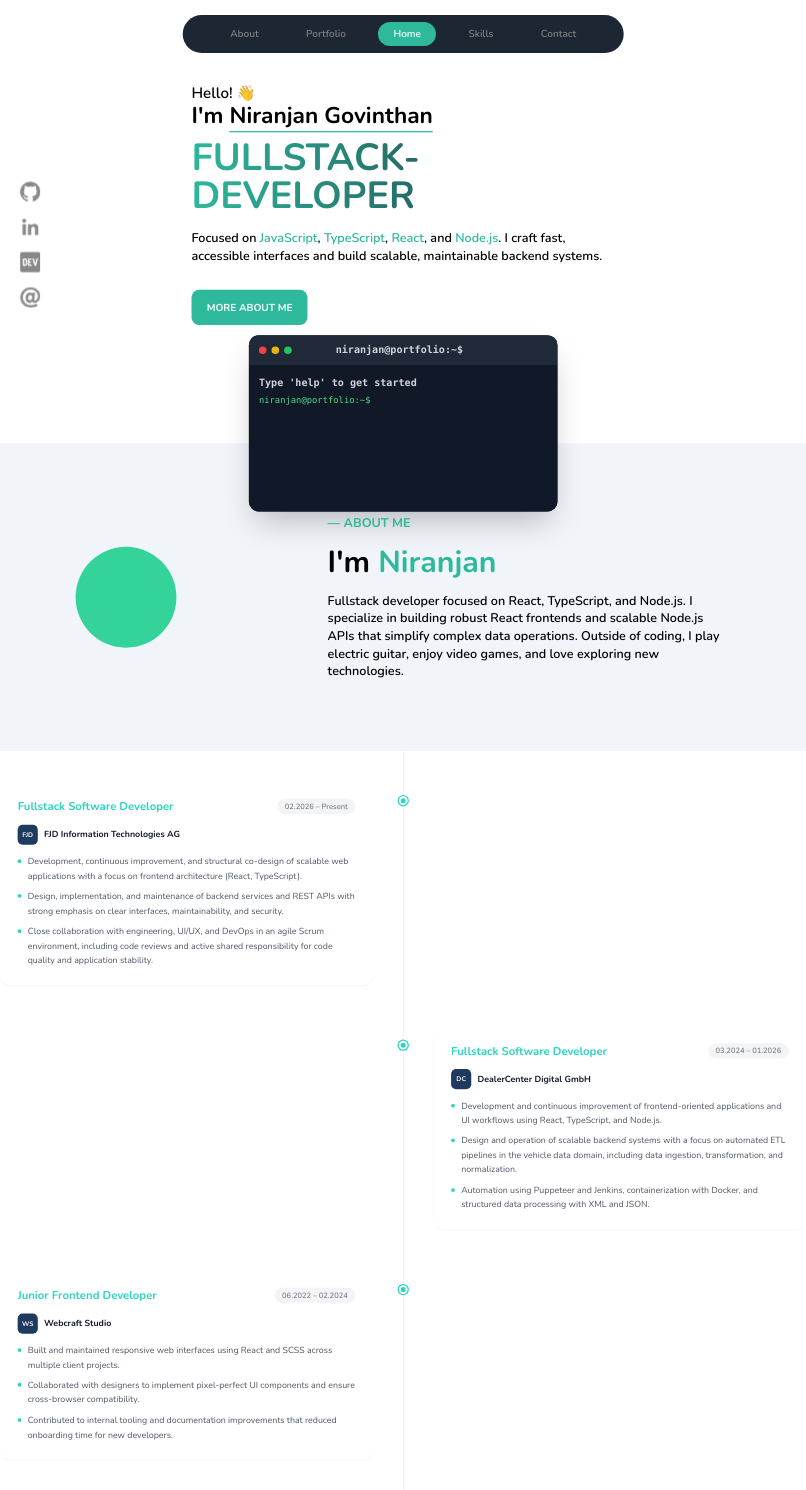
Repository: Niranjan-webdev/My-portfolio
Page: /
The author's editor kept a copy of each file at every save. The page is drawn from the files as they stood at one save, then again after the next save.
The browser window is 1280 px wide. The pictures show the whole page, at 63% of full size.
The project was rebuilt for these pictures with package versions that can differ from the ones it lists, and the page was loaded fresh each time. Also part of the build but not shown: next.config.mjs.

Above is the page before, as saved 2026-03-21 10:56:00.

### src/index.css

body {

  margin: 0;
  font-family: "Nunito", sans-serif;
  -webkit-font-smoothing: antialiased;
  -moz-osx-font-smoothing: grayscale;
}

code {
  font-family: source-code-pro, Menlo, Monaco, Consolas, 'Courier New',
    monospace;
}

### src/App.js
import logo from './logo.svg';
import './App.css';
import { RiHeartFill } from '@remixicon/react'
import { Topnavbar, MainContainer } from './components';
// import Topnavbar from './components/Topnavbar';

function App() {
  return (
   <>
    <Topnavbar/>
    <MainContainer/>
   </>
  );
}

export default App;

### src/App.css
@import url('https://fonts.googleapis.com/css2?family=Fira+Code:wght@300..700&family=Nunito:ital,wght@0,200..1000;1,200..1000&display=swap');

@tailwind base;
@tailwind components;
@tailwind utilities;


.topbar__wrapper{
    @apply w-full flex justify-center
}
.topbar__content{
    @apply  py-2 bg-[#1d2734] mt-6 px-6 py-[18px] rounded-[30px] w-[700px]
}
.topbar__content ul {
   @apply flex justify-evenly
}
.topbar__content ul li{

}
.topbar__content ul li a{
    @apply  font-semibold py-2 px-6 rounded-full
}
/* .topbar__content ul li a:hover{
    @apply  text-lg
} */
.socialmedia__bar a img{
    @apply opacity-50
}
/* .burgerMenu span{
    @apply
} */

### src/components/index.js
export {default as Topnavbar} from "./Topnavbar"
export {default as MainContainer} from "./MainContainer"
export {default as Terminal} from "./terminal"
export {default as Timeline} from "./timeLine"
export {default as TimelineCard} from "./TimelineCard"

export {default as github} from "../assets/github-logo-dark.png"
export {default as linkedIn} from "../assets/linkedin-logo-dark.png"
export {default as DevTo} from "../assets/devto-logo-light.png"
export {default as mail} from "../assets/mail-logo-dark.5ab6061889d3fa3a24ef.png"

### src/components/Topnavbar.js
import { useState } from 'react'
import React from 'react'
import logo from '../assets/logo.svg'

function Topnavbar() {
    const [activeTab, setActiveTab] = useState('Home')
    const [isMenuOpen, setIsMenuOpen] = useState(false)

    const navItems = ['About', 'Portfolio', 'Home', 'Skills', 'Contact']

    const handleTabClick = (tabName) => {
        setActiveTab(tabName)
        console.log('Active tab changed to:', tabName)
    }
    const handleModal = () => {
        setIsMenuOpen(!isMenuOpen)
    }
    return (
        <>
            <div className='topbar__wrapper'>
                <nav className='topbar__content'>
                    <ul className=''>
                        {navItems.map((item) => (
                            <li key={item}>
                                <a
                                    onClick={() => handleTabClick(item)}
                                    className={`cursor-pointer transition-colors duration-200 ${activeTab === item
                                            ? 'bg-[#2eb89c] text-white font-semibold px-4 py-2 rounded'
                                            : 'text-[#808080] hover:text-[#2eb89c] px-4 py-2'
                                        }`}
                                >
                                    {item}
                                </a>
                            </li>
                        ))}
                    </ul>
                </nav>
            </div>
           {/* <div className='responsive__topbar fixed bg-white z-50'>
                <button className='burgerMenu fixed right-10 top-10 flex flex-col gap-[3px]'
                onClick={handleModal}>
                    <span className={`px-[12px] py-[2px] bg-black w-full rounded transition-transform duration-300
                      ${  isMenuOpen? 'rotate-45 translate-y-1.5' : ''
                    }`}
                   ></span>
                    <span className={`px-[12px] py-[2px] bg-black w-full rounded
                         ${  isMenuOpen? 'opacity-0' : ''
                }`}></span>
                    <span className={`px-[12px] py-[2px] bg-black w-full rounded transition-transform duration-300
                      ${  isMenuOpen? '-rotate-45 -translate-y-1.5' : ''
                    }`}></span>
                </button>
                <ul className={`responsive__content h-screen w-screen flex flex-col items-center justify-evenly
                ${isMenuOpen ? 'h-screen opacity-100' : 'max-h-0 opacity-0'}`}>
                {navItems.map((item) => (
                            <li key={item}>
                                <a
                                    onClick={() => handleTabClick(item)}
                                    className={"text-2xl font-bold"}>
                                    {item}
                                </a>
                            </li>
                        ))}
                </ul>
            </div>  */}
        </>
    )
}

export default Topnavbar

### src/components/MainContainer.js
import React from 'react'
import hero from '../assets/hero.png'
import logoOutline from '../assets/logo-outline.svg'
import dotcircles from '../assets/dotcircles.svg'
import { Terminal, github, linkedIn, mail, DevTo } from "./index"
import TimeLine from './timeLine'
// import OwlCarousel from 'react-owl-carousel';
// import 'owl.carousel/dist/assets/owl.carousel.css';
// import 'owl.carousel/dist/assets/owl.theme.default.css';

function MainContainer() {
    return (
        <>
            {/* Hero Banner start */}
            <section className='w-full'>
                {/* Social media bar */}
                <div className='socialmedia__bar ml-[2rem] fixed top-[40%] flex md:flex-col flex-col gap-6 w-[32px]'>
                    <a><img src={github} /></a>
                    <a><img src={linkedIn} /></a>
                    <a><img src={DevTo} /></a>
                    <a><img src={mail} /></a>
                </div>
                {/* Social media bar */}
                <div className='hero__banner h-[calc(100vh-100px)] flex items-center justify-around px-[5rem] py-[3rem] md:flex flex-wrap gap-4'>
                    <div className='banner__content w-3/5'>
                        <h4 className='text-2xl font-semibold'>Hello! 👋</h4>
                        <h2 className='text-4xl mb-4 font-bold'>I'm <span className='border-b-2 border-[#2eb89c]'>Niranjan Govinthan</span></h2>
                        <h1 className='text-6xl mb-6 font-bold bg-gradient-to-r from-[#2eb89c] to-[#1d2734] text-transparent bg-clip-text'>FULLSTACK-DEVELOPER</h1>
                        <p className='text-xl mb-10 font-semibold'>Focused on <span className='text-[#2eb89c]'>JavaScript</span>, <span className='text-[#2eb89c]'>TypeScript</span>, <span className='text-[#2eb89c]'>React</span>, and <span className='text-[#2eb89c]'>Node.js</span>. I craft fast, accessible interfaces and build scalable, maintainable backend systems.</p>
                        <button className='py-4 px-6 bg-[#2eb89c] hover:bg-[#79cdb9] rounded-[12px] text-white text-base font-bold'>MORE ABOUT ME</button>
                    </div>
                    <Terminal />
                </div>
            </section>
            {/* Hero Banner end */}

            {/* About me */}
            <section className=' about__me flex bg-[#f1f5f9]'>
                <div className='about__container w-full py-[7rem] flex items-center justify-around'>
                    <div className='profile'>
                        <div className='p-20 rounded-full bg-emerald-400'></div>
                    </div>
                    <div className='about__content w-1/2'>
                        <h4 className='text-xl font-bold text-[#2eb89c] mb-6'>— ABOUT ME</h4>
                        <h2 className='text-5xl text-[#2eb89c] mb-6 font-bold'><span className='text-black'>I'm</span> Niranjan</h2>
                        <p className='text-xl font-[600]'>Fullstack developer focused on React, TypeScript, and Node.js. I specialize in building robust React frontends and scalable Node.js APIs that simplify complex data operations. Outside of coding, I play electric guitar, enjoy video games, and love exploring new technologies.</p>
                    </div>
                </div>

            </section>
            <TimeLine/>
            {/* About me */}
        </>
    )
}

export default MainContainer

### src/components/terminal.js
import React, { useState, useEffect, useRef } from 'react';

const Terminal = () => {
  const [input, setInput] = useState('');
  const [history, setHistory] = useState([
    { type: 'output', content: "Type 'help' to get started" }
  ]);
  const [currentPath, setCurrentPath] = useState('~');
  const [commandHistory, setCommandHistory] = useState([]);
  const [historyIndex, setHistoryIndex] = useState(-1);
  const inputRef = useRef(null);
  const terminalRef = useRef(null);

  // Sample file system structure
  const fileSystem = {
    '~': {
      type: 'directory',
      contents: {
        'projects': {
          type: 'directory',
          contents: {
            'portfolio': { type: 'directory', contents: {} },
            'blog': { type: 'directory', contents: {} },
            'README.md': { type: 'file', content: 'Welcome to my projects!' }
          }
        },
        'documents': {
          type: 'directory',
          contents: {
            'resume.pdf': { type: 'file', content: 'Resume file' },
            'notes.txt': { type: 'file', content: 'Personal notes' }
          }
        },
        'about.txt': { type: 'file', content: 'Full-stack developer passionate about creating amazing web experiences.' }
      }
    }
  };

  // Available commands
  const commands = {
    help: () => [
      'Available commands:',
      '  help     - Show this help message',
      '  clear    - Clear the terminal',
      '  ls       - List directory contents',
      '  cd       - Change directory',
      '  cat      - Display file contents',
      '  pwd      - Show current directory',
      '  whoami   - Display user information',
      '  date     - Show current date',
      '  echo     - Display text',
      '  about    - About me',
      '  skills   - My technical skills',
      '  contact  - Contact information'
    ],
    clear: () => {
      setHistory([]);
      return [];
    },
    ls: () => {
      const currentDir = getCurrentDirectory();
      if (currentDir && currentDir.contents) {
        return Object.keys(currentDir.contents).map(item => {
          const itemObj = currentDir.contents[item];
          return itemObj.type === 'directory' ? `📁 ${item}/` : `📄 ${item}`;
        });
      }
      return ['Directory not found'];
    },
    pwd: () => [currentPath],
    whoami: () => ['niranjan-dev'],
    date: () => [new Date().toString()],
    about: () => [
      'Hi! I\'m Niranjan, a Full-stack Developer',
      'Focused on JavaScript, Svelte, React, and Node.js',
      'I craft fast, accessible interfaces and build scalable,',
      'maintainable backend systems.',
      '',
      'Currently exploring new technologies and building',
      'innovative web solutions.'
    ],
    skills: () => [
      'Technical Skills:',
      '• Frontend: Svelte, React, TypeScript, JavaScript, HTML5, CSS3',
      '• Backend: Node.js, Express',
      '• Database: MongoDB',
      '• Tools: Git, Linux',
    ],
    contact: () => [
      'Get in touch:',
      '• Email: niranjan.g2k@gmail.com',
      '• GitHub: github.com/niranjanUidev',
      '• LinkedIn: linkedin.com/in/niranjan-dev',
      '• Website: niranjan-dev.de'
    ]
  };

  const getCurrentDirectory = () => {
    const pathParts = currentPath.split('/').filter(part => part !== '');
    let current = fileSystem['~'];

    for (const part of pathParts) {
      if (part === '~') continue;
      if (current.contents && current.contents[part]) {
        current = current.contents[part];
      } else {
        return null;
      }
    }
    return current;
  };

  const processCommand = (cmd) => {
    const trimmedCmd = cmd.trim();
    if (!trimmedCmd) return;

    const [command, ...args] = trimmedCmd.split(' ');

    // Add to command history
    setCommandHistory(prev => [...prev, trimmedCmd]);
    setHistoryIndex(-1);

    // Add command to history display
    setHistory(prev => [...prev, { type: 'command', content: `> ${trimmedCmd}` }]);

    if (commands[command]) {
      const result = commands[command](args);
      if (result.length > 0) {
        setHistory(prev => [...prev, { type: 'output', content: result }]);
      }
    } else if (command === 'echo') {
      setHistory(prev => [...prev, { type: 'output', content: [args.join(' ')] }]);
    } else if (command === 'cat') {
      const filename = args[0];
      const currentDir = getCurrentDirectory();
      if (currentDir && currentDir.contents && currentDir.contents[filename]) {
        const file = currentDir.contents[filename];
        if (file.type === 'file') {
          setHistory(prev => [...prev, { type: 'output', content: [file.content] }]);
        } else {
          setHistory(prev => [...prev, { type: 'output', content: [`cat: ${filename}: Is a directory`] }]);
        }
      } else {
        setHistory(prev => [...prev, { type: 'output', content: [`cat: ${filename}: No such file or directory`] }]);
      }
    } else if (command === 'cd') {
      const dir = args[0] || '~';
      if (dir === '~') {
        setCurrentPath('~');
      } else if (dir === '..') {
        const pathParts = currentPath.split('/').filter(part => part !== '');
        pathParts.pop();
        setCurrentPath(pathParts.length > 0 ? pathParts.join('/') : '~');
      } else {
        const currentDir = getCurrentDirectory();
        if (currentDir && currentDir.contents && currentDir.contents[dir] && currentDir.contents[dir].type === 'directory') {
          setCurrentPath(currentPath === '~' ? dir : `${currentPath}/${dir}`);
        } else {
          setHistory(prev => [...prev, { type: 'output', content: [`cd: ${dir}: No such file or directory`] }]);
        }
      }
    } else {
      setHistory(prev => [...prev, { type: 'output', content: [`Command not found: ${command}. Type 'help' for available commands.`] }]);
    }
  };

  const handleKeyDown = (e) => {
    if (e.key === 'Enter') {
      e.preventDefault();
      processCommand(input);
      setInput('');
    } else if (e.key === 'ArrowUp') {
      e.preventDefault();
      if (commandHistory.length > 0) {
        const newIndex = historyIndex === -1 ? commandHistory.length - 1 : Math.max(0, historyIndex - 1);
        setHistoryIndex(newIndex);
        setInput(commandHistory[newIndex]);
      }
    } else if (e.key === 'ArrowDown') {
      e.preventDefault();
      if (historyIndex !== -1) {
        const newIndex = historyIndex + 1;
        if (newIndex >= commandHistory.length) {
          setHistoryIndex(-1);
          setInput('');
        } else {
          setHistoryIndex(newIndex);
          setInput(commandHistory[newIndex]);
        }
      }
    }
  };

  const handleTerminalClick = () => {
    inputRef.current?.focus();
  };

  useEffect(() => {
    if (terminalRef.current) {
      terminalRef.current.scrollTop = terminalRef.current.scrollHeight;
    }
  }, [history]);

  useEffect(() => {
    inputRef.current?.focus();
  }, []);

  return (
    <div className="w-full max-w-[490px] max-h-[280px] bg-gray-900 rounded-[16px] shadow-2xl overflow-hidden">
      {/* Terminal Header */}
      <div className="bg-gray-800 px-4 py-3 flex items-center justify-between">
        <div className="flex items-center space-x-2">
          <div className="w-3 h-3 bg-red-500 rounded-full"></div>
          <div className="w-3 h-3 bg-yellow-500 rounded-full"></div>
          <div className="w-3 h-3 bg-green-500 rounded-full"></div>
        </div>
        <div className="text-gray-300 text-base font-bold font-mono">
          niranjan@portfolio:~$
        </div>
        <div className="w-16"></div>
      </div>

      {/* Terminal Content */}
      <div
        ref={terminalRef}
        className="bg-gray-900 text-green-400 font-mono text-sm p-4 h-96 cursor-text overflow-y-auto"
        onClick={handleTerminalClick}
      >
        {history.map((item, index) => (
          <div key={index} className="mb-1">
            {item.type === 'command' ? (
              <div className="text-green-500 text-base font-bold">{item.content}</div>
            ) : (
              <div className="text-gray-300 text-base font-bold">
                {Array.isArray(item.content) ? (
                  item.content.map((line, lineIndex) => (
                    <div key={lineIndex}>{line}</div>
                  ))
                ) : (
                  <div>{item.content}</div>
                )}
              </div>
            )}
          </div>
        ))}

        {/* Input Line */}
        <div className="flex items-center">
          <span className="text-green-400 mr-2">
            niranjan@portfolio:{currentPath}$
          </span>
          <input
            ref={inputRef}
            type="text"
            value={input}
            onChange={(e) => setInput(e.target.value)}
            onKeyDown={handleKeyDown}
            className="flex-1 bg-transparent text-green-400 outline-none font-mono"
            autoComplete="off"
            spellCheck="false"
          />
          {/* <span className="text-green-400 animate-pulse">█</span> */}
        </div>
      </div>
    </div>
  );
};

export default Terminal;

### src/components/timeLine.js
import React from 'react';
import TimelineCard from './TimelineCard';

const timelineData = [
  {
    date: '02.2026 – Present',
    title: 'Fullstack Software Developer',
    company: 'FJD Information Technologies AG',
    companyInitials: 'FJD',
    bullets: [
      'Development, continuous improvement, and structural co-design of scalable web applications with a focus on frontend architecture (React, TypeScript).',
      'Design, implementation, and maintenance of backend services and REST APIs with strong emphasis on clear interfaces, maintainability, and security.',
      'Close collaboration with engineering, UI/UX, and DevOps in an agile Scrum environment, including code reviews and active shared responsibility for code quality and application stability.',
    ],
    side: 'left',
  },
  {
    date: '03.2024 – 01.2026',
    title: 'Fullstack Software Developer',
    company: 'DealerCenter Digital GmbH',
    companyInitials: 'DC',
    bullets: [
      'Development and continuous improvement of frontend-oriented applications and UI workflows using React, TypeScript, and Node.js.',
      'Design and operation of scalable backend systems with a focus on automated ETL pipelines in the vehicle data domain, including data ingestion, transformation, and normalization.',
      'Automation using Puppeteer and Jenkins, containerization with Docker, and structured data processing with XML and JSON.',
    ],
    side: 'right',
  },
  {
    date: '06.2022 – 02.2024',
    title: 'Junior Frontend Developer',
    company: 'Webcraft Studio',
    companyInitials: 'WS',
    bullets: [
      'Built and maintained responsive web interfaces using React and SCSS across multiple client projects.',
      'Collaborated with designers to implement pixel-perfect UI components and ensure cross-browser compatibility.',
      'Contributed to internal tooling and documentation improvements that reduced onboarding time for new developers.',
    ],
    side: 'left',
  },
];

function TimeLine() {
  return (
    <div className="relative w-full py-12">
      {/* Central vertical line */}
      <div className="absolute left-1/2 top-0 bottom-0 w-px bg-gray-200 -translate-x-1/2" />

      <div className="flex flex-col gap-16 relative">
        {timelineData.map((item, i) => (
          <TimelineCard key={i} item={item} />
        ))}
      </div>
    </div>
  );
}

export default TimeLine;

### src/components/TimelineCard.js
import React from 'react';

function TimelineCard({ item }) {
    const isLeft = item.side === 'left';

    const Card = (
      <div className="bg-white rounded-2xl p-7 shadow-sm hover:shadow-md transition-shadow duration-200">
        {/* Header: title + date badge */}
        <div className="flex items-start justify-between gap-3 flex-wrap mb-4">
          <h3 className="text-[#2dd4bf] font-bold text-lg leading-snug m-0">
            {item.title}
          </h3>
          <span className="bg-gray-100 text-gray-500 text-xs font-medium px-3 py-1 rounded-full whitespace-nowrap shrink-0">
            {item.date}
          </span>
        </div>

        {/* Company */}
        <div className="flex items-center gap-2.5 mb-4">
          <div className="w-8 h-8 rounded-lg bg-[#1e3a5f] text-white text-[0.65rem] font-bold flex items-center justify-center tracking-wide shrink-0">
            {item.companyInitials}
          </div>
          <span className="text-sm font-bold text-gray-900">{item.company}</span>
        </div>

        {/* Bullets */}
        <ul className="flex flex-col gap-2.5 p-0 m-0 list-none">
          {item.bullets.map((b, i) => (
            <li key={i} className="flex gap-2.5 text-sm text-gray-600 leading-relaxed">
              <span className="w-1.5 h-1.5 rounded-full bg-[#2dd4bf] shrink-0 mt-[7px]" />
              <span>{b}</span>
            </li>
          ))}
        </ul>
      </div>
    );

    return (
      <div className="grid grid-cols-[1fr_48px_1fr] items-start relative">
        {isLeft ? (
          <>
            <div className="pr-6">{Card}</div>
            <div className="flex justify-center pt-6 z-10">
              <div className="w-3.5 h-3.5 rounded-full bg-[#2dd4bf] border-[3px] border-white ring-2 ring-[#2dd4bf] shrink-0" />
            </div>
            <div />
          </>
        ) : (
          <>
            <div />
            <div className="flex justify-center pt-6 z-10">
              <div className="w-3.5 h-3.5 rounded-full bg-[#2dd4bf] border-[3px] border-white ring-2 ring-[#2dd4bf] shrink-0" />
            </div>
            <div className="pl-6">{Card}</div>
          </>
        )}
      </div>
    );
  }

  export default TimelineCard;

### tailwind.config.js
/** @type {import('tailwindcss').Config} */
module.exports = {
  content: [
    "./src/**/*.{js,jsx,ts,tsx}",
  ],
  theme: {
    container: {
      margin: "3rem",
    },
    extend: {},
  },
  plugins: [],
}

Loaded but not shown: public/index.html (common file); src/index.js (common file); src/reportWebVitals.js (common file)

After the next save:
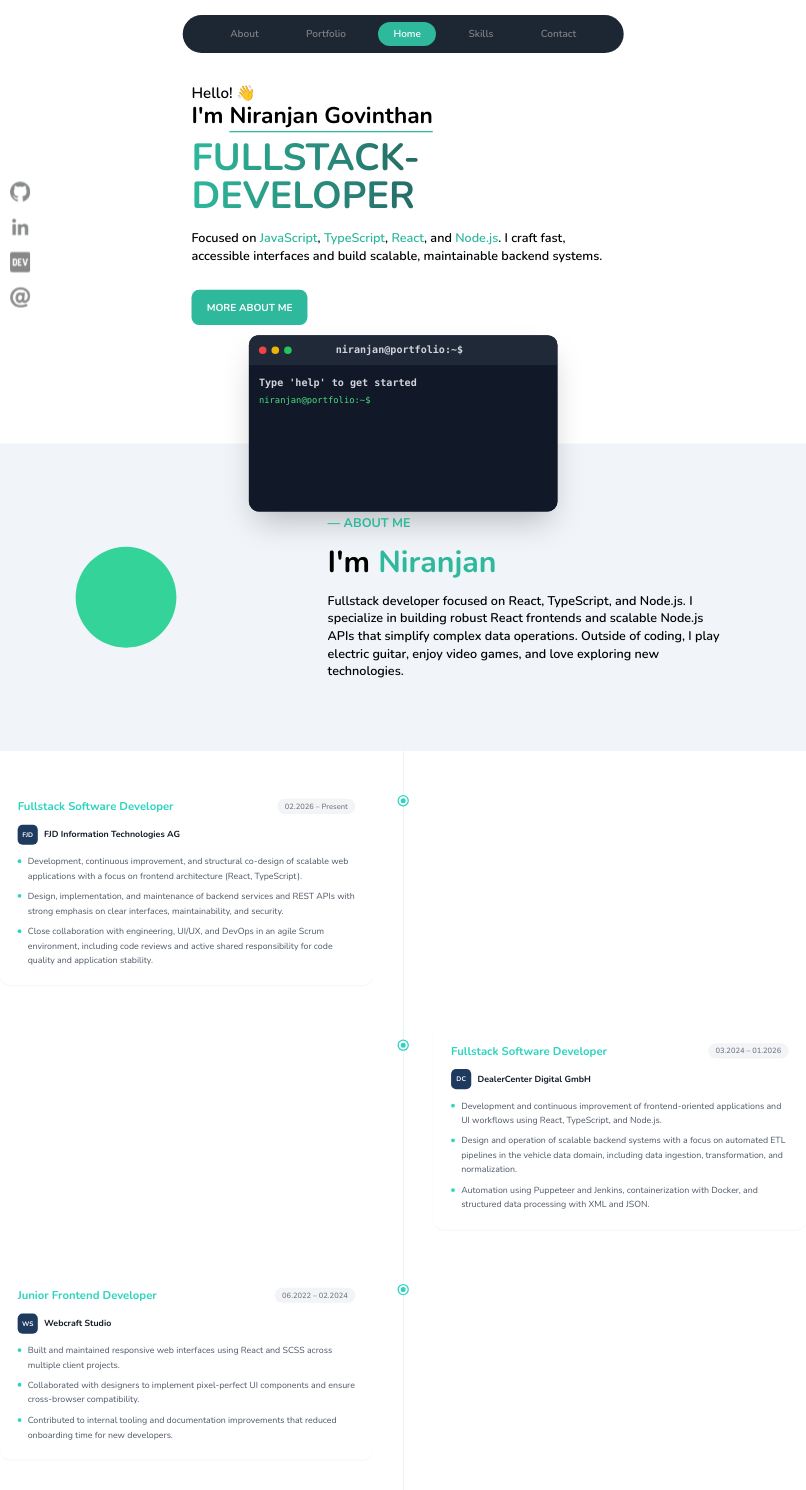
Saved 21 s later.
--- a/src/components/MainContainer.js
+++ b/src/components/MainContainer.js
@@ -14,7 +14,7 @@ function MainContainer() {
             {/* Hero Banner start */}
             <section className='w-full'>
                 {/* Social media bar */}
-                <div className='socialmedia__bar ml-[2rem] fixed top-[40%] flex md:flex-col flex-col gap-6 w-[32px]'>
+                <div className='socialmedia__bar ml-[1rem] fixed top-[40%] flex md:flex-col flex-col gap-6 w-[32px]'>
                     <a><img src={github} /></a>
                     <a><img src={linkedIn} /></a>
                     <a><img src={DevTo} /></a>
